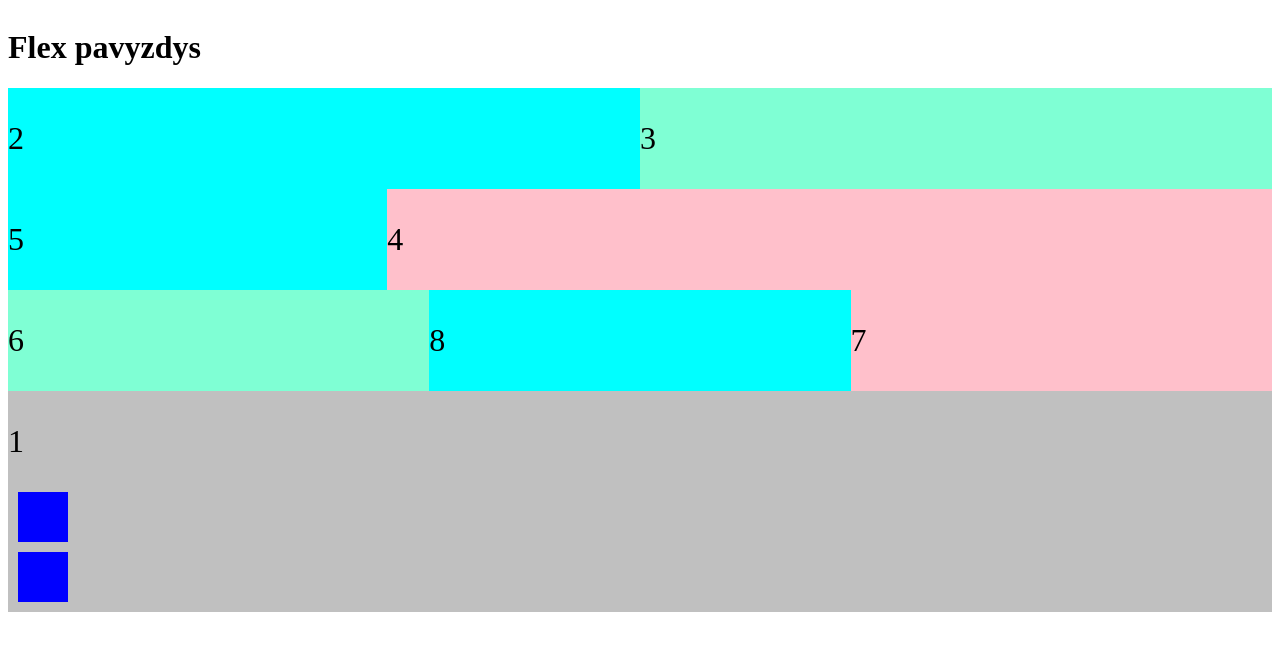
Repository: motiejus1/06-paskaita-invest
Page: index.html
An editor plug-in stored every save of this project. The page is shown before and after the next save, followed by the edit.
The browser window is 1280 px wide. The pictures show the whole page.

Above is the page before, as saved 2021-06-09 20:08:29.

### index.html
<!DOCTYPE html>
<html lang="en">
<head>
    <meta charset="UTF-8">
    <meta http-equiv="X-UA-Compatible" content="IE=edge">
    <meta name="viewport" content="width=device-width, initial-scale=1.0">
    <title>Sesta paskaita</title>
    <style>

* {
            box-sizing: border-box;
        }

        .col-1 {
            width: 8.33%;
        }

        .col-2 {
            width: 16.66%;
        }

        .col-3 {
            width: 25%;
        }

        .col-4 {
            width: 33.33%;
        }

        .col-5 {
            width: 41.66%;
        }

        .col-6 {
            width: 50%;
        }

        .col-7 {
            width: 58.33%;
        }

        .col-8 {
            width: 66.66%;
        }

        .col-9 {
            width:75%;
        }

        .col-10 {
            width: 83.33%;
        }

        .col-11 {
            width: 91.66%;
        }

        .col-12 {
            width: 100%;
        }

        [class*="col-"] {
            float:left;
        }


        .flex-container {
            display: flex;
            flex-direction:row;
            flex-wrap:wrap;
        }

        .flex-item-1 {
            width: 100%;
            background-color: silver;
        }

        .flex-item-2, .flex-item-3 {
            width: 50%;
        }

        .flex-item-4 {
            width: 70%;
        }

        .flex-item-5 {
            width: 30%;
        }

        .flex-item-6, .flex-item-7, .flex-item-8 {
            width: 33.33%;
        }

        .flex-item-1 {
            order: 1001;
        }

        .flex-item-2 {
            order: 202;
        }

        .flex-item-3 {
            order: 203;
        }

        .flex-item-4 {
            order: 205;
        }

        .flex-item-5 {
            order: 204;
        }

        .flex-item-6 {
            order: 206;
        }

        .flex-item-7 {
            order: 208;
        }

        .flex-item-8 {
            order: 207;
        }


        .zydra {
            background-color:aqua;
        }

        .zalsva {
            background-color: aquamarine;
        }

        .rozine {
            background-color: pink;
        }

        p {
            font-size: 32px;
        }

        .kvadratelis {
            width: 50px;
            height: 50px;
            background-color: blue;
            margin: 10px;
        }

        @media screen and (max-width: 720px) {
            .flex-container {
                flex-direction:column;
                flex-wrap: wrap;
            }

            [class*="flex-item-"] {
                width: 100%;
                order: 1;
            }
        }

    </style>
</head>
<body>
    <div class="container">

        <div class="row"> <!--12 stulpeliu  -->
            <div class="col-12"><!-- 12 stulpeliu -->

                <h1>Flex pavyzdys</h1>

                <!--flex -->
                <div class="flex-container">
                    <div class="flex-item-1">
                        <p>1</p>
                        <div class="kvadratelis">
                        </div>
                        <div class="kvadratelis">
                        </div>
                    </div>
                    <div class="flex-item-2 zydra">
                        <p>2</p>
                        <div class="flex-container">

                        </div>
                    </div>
                    <div class="flex-item-3 zalsva"><p>3</p></div>
                    <div class="flex-item-4 rozine"><p>4</p></div>
                    <div class="flex-item-5 zydra"><p>5</p></div>
                    <div class="flex-item-6 zalsva"><p>6</p></div>
                    <div class="flex-item-7 rozine"><p>7</p></div>
                    <div class="flex-item-8 zydra"><p>8</p></div>
                    <!-- <div class="flex-item-9"><p>9</p></div> -->

                    <!-- <h1 class="tekstas">Flex tekstas</h1> -->
                    <!--flex -->
                </div>
            </div>
        </div>




    </div>
</body>
</html>

After the next save:
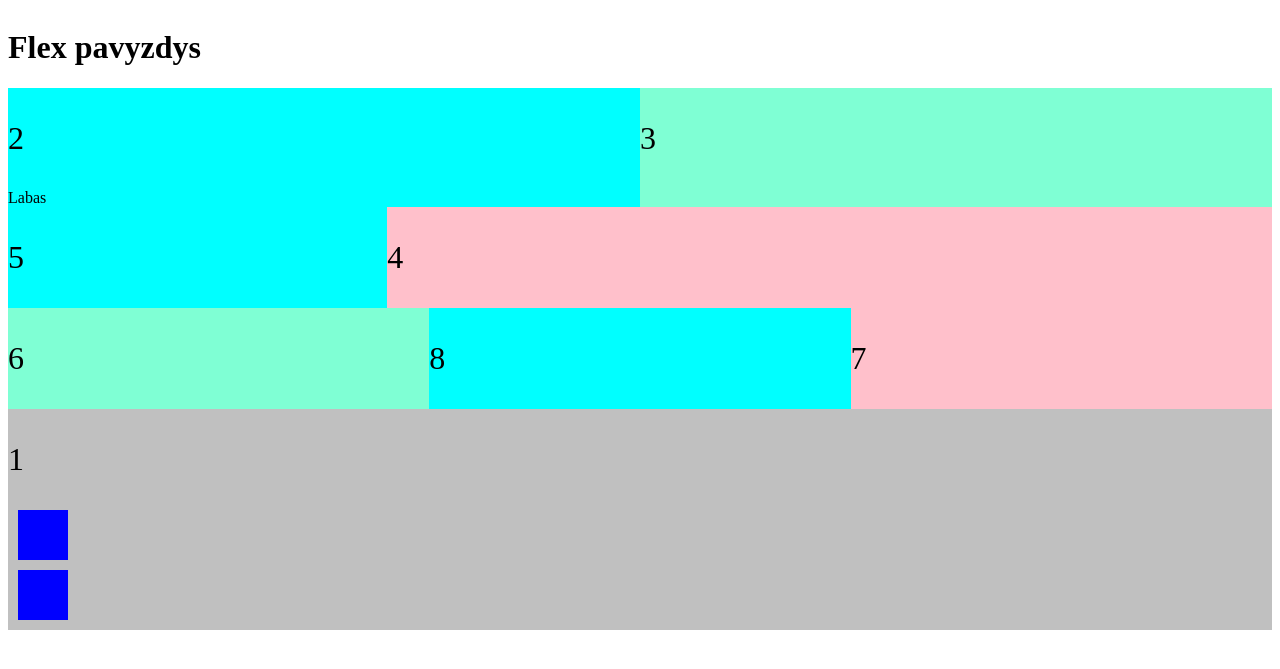
Saved 4 s later.
--- a/index.html
+++ b/index.html
@@ -181,7 +181,7 @@
                     <div class="flex-item-2 zydra">
                         <p>2</p>
                         <div class="flex-container">
-
+                            Labas
                         </div>
                     </div>
                     <div class="flex-item-3 zalsva"><p>3</p></div>

After the save that followed:
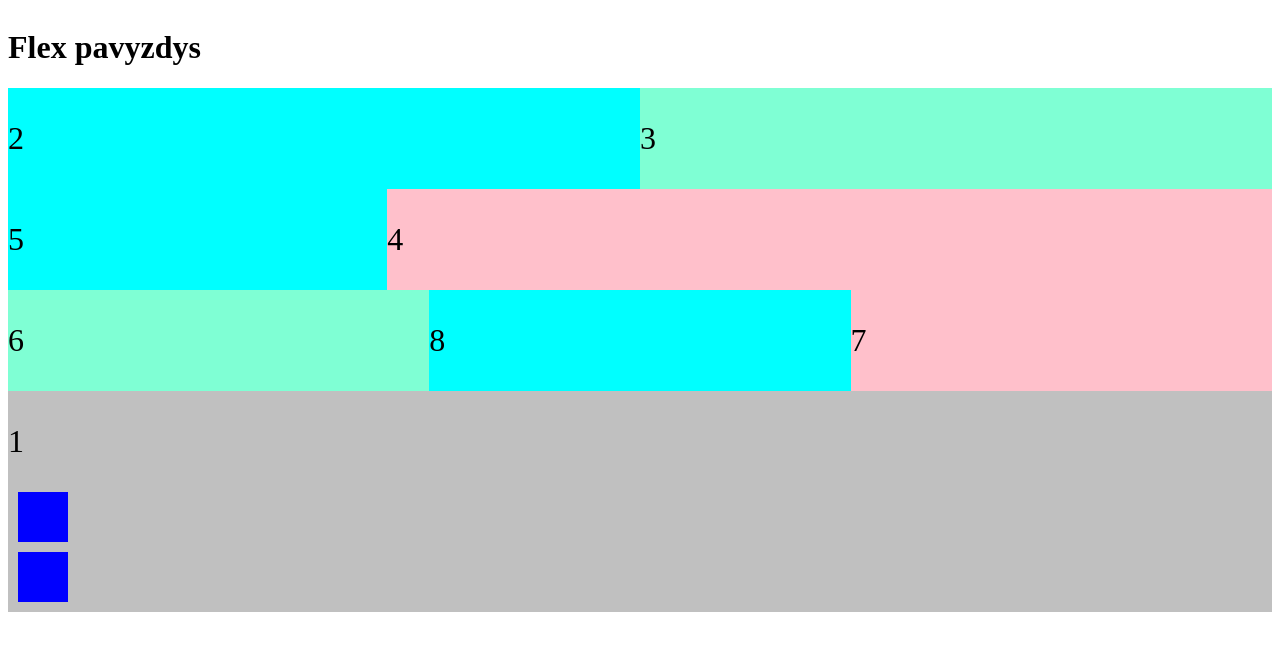
Saved 2 min 2 s later.
--- a/index.html
+++ b/index.html
@@ -180,9 +180,6 @@
                     </div>
                     <div class="flex-item-2 zydra">
                         <p>2</p>
-                        <div class="flex-container">
-                            Labas
-                        </div>
                     </div>
                     <div class="flex-item-3 zalsva"><p>3</p></div>
                     <div class="flex-item-4 rozine"><p>4</p></div>
